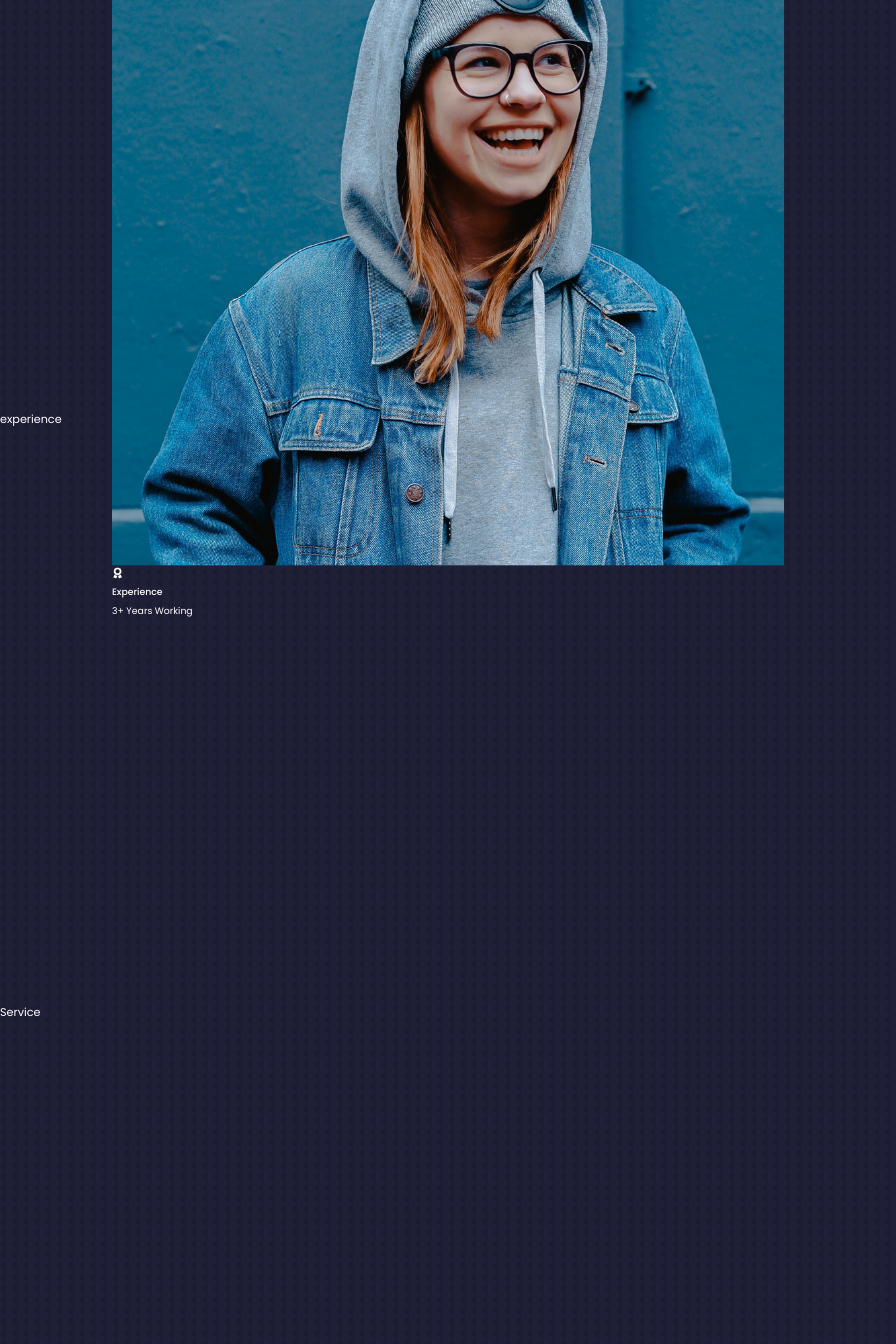
Repository: YuriSarmanho/Portifolio-
Page: / (app in portifolio/)
An editor plug-in stored every save of this project. The page is shown before and after a run of saves, followed by the edit.
The browser window is 1280 px wide. The pictures show the part of the page from y = 1112 to 3032 px (the page is 5835 px tall), at 70% of full size.
The project was rebuilt for these pictures with package versions that can differ from the ones it lists, and the page was loaded fresh each time. Also part of the build but not shown: portifolio/src/Components/About/About.css, portifolio/src/Components/Contact/Contact.css, portifolio/src/Components/Testimonials/Testimonials.css. Imported but missing from the stored project, and not drawn on this page: portifolio/src/assets/cv.pdf.

Above is the page before, as saved 2022-05-13 11:58:09.

### portifolio/public/index.html
<!DOCTYPE html>
<html lang="pt-br">
<head>
    <meta charset="UTF-8">
    <meta http-equiv="X-UA-Compatible" content="IE=edge">
    <meta name="viewport" content="width=device-width, initial-scale=1.0">
    <title>Yuri Sarmanho Monteiro</title>
</head>
<body>
    <div id="root"></div>
</body>
</html>

### portifolio/src/index.js
import ReactDOM from 'react-dom'
import App from './App'

ReactDOM.render(<App/>, document.querySelector("#root"))

### portifolio/src/App.jsx
import React from "react";
import './index.css'

import Header from "./Components/Header/Header";
import About from "./Components/About/About";
import Contact from "./Components/Contact/Contact";
import Experience from "./Components/Experience/Experience";
import Footer from "./Components/Footer/Footer";
import Nav from "./Components/Nav/Nav";
import Testimonials from "./Components/Testimonials/Testimonials";
import Service from "./Components/Service/Service";
import Portifolio from "./Components/Portifolio/Portifolio";



const App = () => {
  return (
    <>
      <Header />
      <Nav/>
      <About />
      <Experience/>
      <Service/>
      <Portifolio/>
      <Testimonials/>
      <Contact/>
      <Footer/>
    </>
  );
};

export default App;

### portifolio/src/index.css
@import url('https://fonts.googleapis.com/css2?family=Poppins:wght@300;400;500;600&display=swap');

* {
  margin: 0;
  padding: 0;
  border: 0;
  outline: 0;
  box-sizing: border-box;
  list-style: none;
  text-decoration: none;
}
:root {
  --color-bg: #1f1f38;
  --color-bg-variant: #2c2c6c;
  --color-primary: #4db5ff;
  --color-primary-variant: rgba(77, 181, 255, 0.4);
  --color-white: #fff;
  --color-light: rgba(255, 255, 255, 0.6);

  --transition: all 400ms ease;

  --container-width-lg: 75%;
  --container-width-md: 86%;
  --container-width-sm: 90%;
}
html {
  scroll-behavior: smooth;
}
::-webkit-scrollbar {
  display: none;
}

body {
  font-family: "Poppins", sans-serif;
  background-color: var(--color-bg);
  color: var(--color-white);
  line-height: 1.7;
  background-image: url(../src/assets/bg-texture.png);
}

.container {
  width: var(--container-width-lg);
  margin: 0 auto;
}

h1,
h2,
h3,
h4,
h5 {
  font-weight: 500;
}
h1 {
  font-size: 2.5rem;
}
section {
  margin-top: 8rem;
  height: 100vh;
}
section > h2,
section > h5 {
  text-align: center;
  color: var(--color-ligth);
}

section > h2 {
  color: var(--color-primary);
  margin-bottom: 3rem;
}

.text-light {
  color: var(--color-light);
}
a {
  color: var(--color-primary);
  transition: var(--transition);
}
a:hover{
    color: var(--color-white);
}
.btn{
    width: max-content;
    display: inline-block;
    color: var(--color-primary);
    padding: 0.75rem 1.2rem;
    border-radius: 0.4rem;
    cursor: pointer;
    border: 1px solid var(--color-primary);
    transition: var(--transition);
}

.btn:hover{
    background-color: var(--color-white);
    color: var(--color-bg);
    border: transparent;
}

.btn-primary{
    background-color: var(--color-primary);
    color: var(--color-bg);
}

img{
  display: block;
  width: 100%;
  object-fit: cover;
}

/*MEDIUM DEVICE*/
@media screen and (max-width:1024px){
    .container{
        width: var(--container-width-md);
    }
    section{
        margin-top: 6rem;
    }
}

/*SMALL DEVICE*/
@media screen and (max-width:600px){
    .container{
        width: var(--container-width-sm);
    }
    section > h2{
        margin-bottom: 2rem;
    }
}

### portifolio/src/Components/Header/Header.jsx
import React from 'react'
import CTA from './CTA'
import ME from '../../assets/me.png'
import HeaderSocials from './HeaderSocials'
import './Header.css'

const header = () => {
  return (
    <header>
      <div className="container header__container">
        <h5>Hello i'm</h5>
        <h1>Yuri Sarmanho Monteiro</h1>
        <h5 className="text-light">Frontend Developer</h5>
        <CTA />
        <HeaderSocials/>
        <div className="me">
          <img src={ME} alt="foto de perfil" />
        </div>
      </div>
    </header>
  )
}

export default header

### portifolio/src/Components/About/About.jsx
import React from 'react'
import ME from '../../assets/me-about.jpg'
import {FaAward} from 'react-icons/fa'
import './About.css'

const About = () => {
  return (
    //refactor
    <section id='about'>
      <h5>Get know</h5>
      <h2>About Me</h2>

      <div className="container about__container">
        <div className="about__me">
          <div className="about__me-image">
            <img src={ME} alt="minha foto" />
          </div>
        </div>


        <div className="about__content">
          <div className="about__cards">
            <article className="about__card">
              <FaAward className='about__icon'/>
              <h5>Experience</h5>
              <small>3+ Years Working</small>
            </article>


          </div>
        </div>
      </div>
    </section>
  )
}

export default About

### portifolio/src/Components/Contact/Contact.jsx
import React from 'react'
import './Contact.css'
const Contact = () => {
  return (
    <section id='contact'>Contact</section>
  )
}

export default Contact

### portifolio/src/Components/Experience/Experience.jsx
import React from 'react'

const experience = () => {
  return (
    <section id='experience'>experience</section>
  )
}

export default experience

### portifolio/src/Components/Nav/Nav.jsx
import React, { useState } from "react";
import { AiOutlineHome } from "react-icons/ai";
import { AiOutlineUser } from "react-icons/ai";
import { BiBookAlt } from "react-icons/bi";
import { RiServiceLine } from "react-icons/ri";
import { BiMessageSquareDetail } from "react-icons/bi";
import "./Nav.css";

const Nav = () => {
  const [activeNav, setActiveNav] = useState("#");
  //Refatorar essa parte dps que acabar o projeto
  return (
    <nav>
      <a
        href="#"
        onClick={() => setActiveNav("#")}
        className={activeNav === "#" ? "active" : ""}
      >
        <AiOutlineHome />
      </a>
      <a
        href="#about"
        onClick={() => setActiveNav("#about")}
        className={activeNav === "#about" ? "active" : ""}
      >
        <AiOutlineUser />
      </a>
      <a
        href="#experience"
        onClick={() => setActiveNav("#experience")}
        className={activeNav === "#experience" ? "active" : ""}
      >
        <BiBookAlt />
      </a>
      <a
        href="#service"
        onClick={() => setActiveNav("#service")}
        className={activeNav === "#service" ? "active" : ""}
      >
        <RiServiceLine />
      </a>
      <a
        href="#contact"
        onClick={() => setActiveNav("#contact")}
        className={activeNav === "#contact" ? "active" : ""}
      >
        <BiMessageSquareDetail />
      </a>
    </nav>
  );
};

export default Nav;

### portifolio/src/Components/Testimonials/Testimonials.jsx
import React from 'react'
import './Testimonials.css'
const Testimonials = () => {
  return (
    <section id='testimonials'>Testimonials</section>
  )
}

export default Testimonials

### portifolio/src/Components/Service/Service.jsx
import React from 'react'

const Service = () => {
  return (
    <section id='service'>Service</section>
  )
}

export default Service

### portifolio/src/Components/Portifolio/Portifolio.jsx
import React from 'react'
import './Portifolio.css'
const Portifolio = () => {
  return (
    <section>Portifolio</section>
  )
}

export default Portifolio

### portifolio/src/Components/Header/CTA.jsx
import React from 'react'
import CV from '../../assets/cv.pdf'
const CTA = () => {
  return (
    <div className="cta">
        <a href={CV} download className='btn'>Download CV</a>
        <a href='#contact' className='btn btn-primary'>Lest's Talk</a>
    </div>
  )
}

export default CTA

### portifolio/src/Components/Header/HeaderSocials.jsx
import React from 'react'
import {BsLinkedin} from 'react-icons/bs'
import {FaGithub} from 'react-icons/fa'
import {FaDribbble} from 'react-icons/fa'
import './Header.css'

const HeaderSocials  = () => {
  return (
      <div className="header__socials">
          <a href="http://linkedin.com" target="_blank"><BsLinkedin/></a>
          <a href="http://github.com" target="_blank"><FaGithub/></a>
          <a href="http://dribbble.com" target="_blank"><FaDribbble/></a>
      </div>
  )
}

export default HeaderSocials

### portifolio/src/Components/Header/Header.css
header {
  height: 100vh;
  padding-top: 7rem;
  overflow: hidden;
}

.header__container {
  text-align: center;
  height: 100%;
  position: relative;
}

.cta {
  margin-top: 2.5rem;
  display: flex;
  gap: 1.2rem;
  justify-content: center;
}
.header__socials {
  display: flex;
  flex-direction: column;
  align-items: center;
  gap: 0.8rem;
  position: absolute;
  left: 0;
  bottom: 3rem;
}

.header__socials::after {
  content: "";
  width: 1px;
  height: 2rem;
  background-color: var(--color-primary);
}

.me {
  background: linear-gradient(var(--color-primary), transparent);
  width: 22rem;
  height: 30rem;
  position: absolute;
  left: calc(50% - 11rem);
  margin-top: 4rem;
  border-radius: 12rem 12rem 0 0;
  overflow: hidden;
  padding: 5rem 1.5rem 1.5rem 1.5rem;
}

.scroll__down {
  position: absolute;
  right: -2.3rem;
  bottom: 5rem;
  transform: rotate(90deg);
  font-weight: 300;
  font-size: 0.9rem;
}

/*MEDIUM DEVICE*/
@media screen and (max-width: 1024px) {
  header {
    height: 68vh;
  }
}

/*SMALL DEVICE*/
@media screen and (max-width: 600px) {
  header {
    height: 100vh;
  }
  .header__socials,
  .scroll__down {
    display: none;
  }
}

### portifolio/src/Components/Nav/Nav.css
nav {
  background-color: rgba(0, 0, 0, 0.1);
  width: max-content;
  display: block;
  padding: 0.7rem 1.7rem;
  z-index: 2;
  position: fixed;
  left: 50%;
  transform: translate(-50%);
  bottom: 2rem;
  display: flex;
  gap: 0.8rem;
  border-radius: 3rem;
  backdrop-filter: blur(15px);
}

nav a {
  background: transparent;
  padding: 0.9rem;
  border-radius: 50%;
  display: flex;
  color: var(--color-light);
  font-size: 1.1rem;
}

nav a:hover {
  background-color: rgba(0, 0, 0, 0.3);
}

nav a.active {
  background: var(--color-bg);
  color: var(--color-white);
}

Loaded but not shown: portifolio/src/Components/Footer/Footer.jsx (common file); portifolio/src/Components/Portifolio/Portifolio.css (no stored copy; drawn as an empty file)

After the next 3 saves:
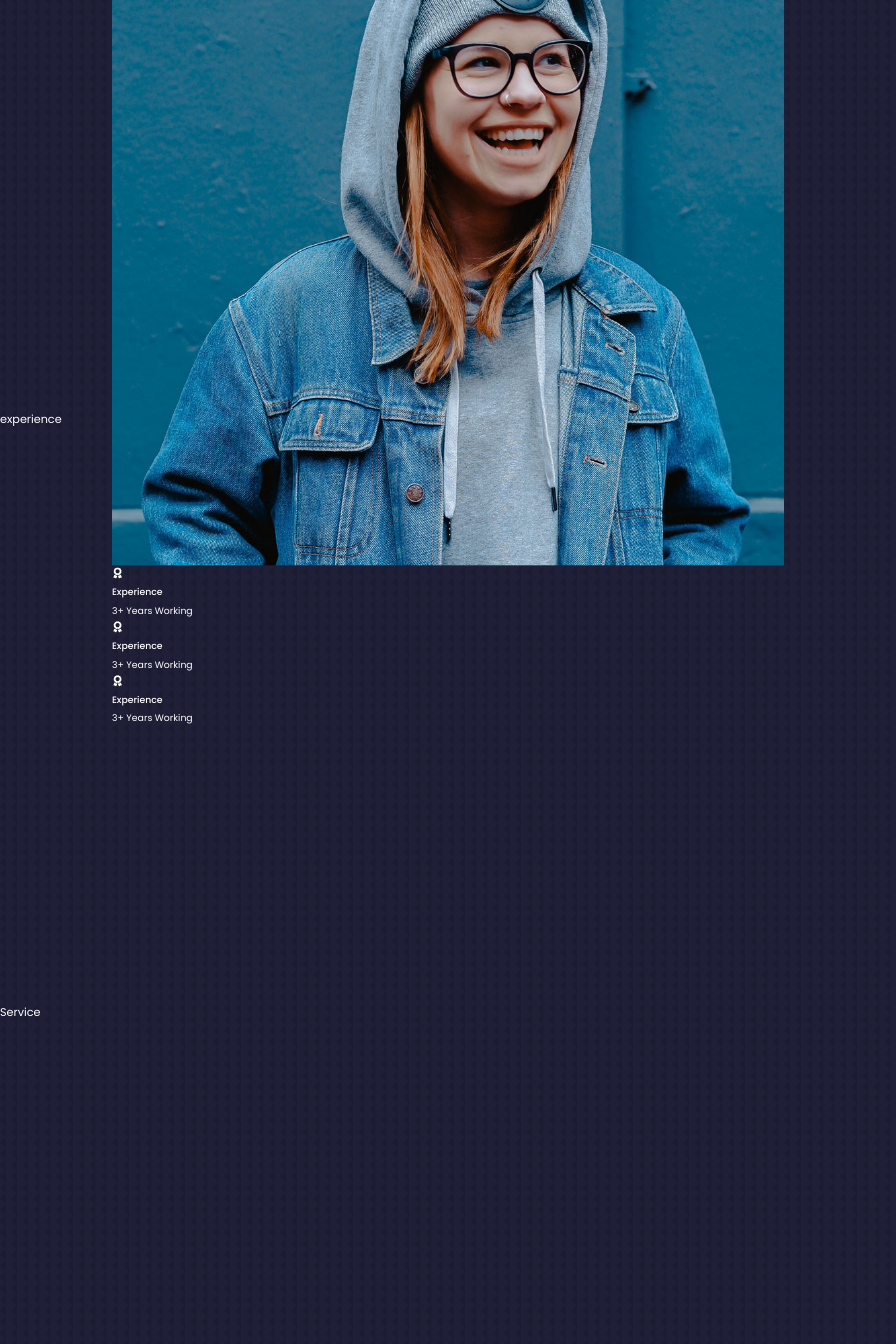
The 3 saves are shown as one change because they came seconds apart.
The last was saved 10 s later.
--- a/portifolio/src/Components/About/About.jsx
+++ b/portifolio/src/Components/About/About.jsx
@@ -1,12 +1,12 @@
-import React from 'react'
-import ME from '../../assets/me-about.jpg'
-import {FaAward} from 'react-icons/fa'
-import './About.css'
+import React from "react";
+import ME from "../../assets/me-about.jpg";
+import { FaAward } from "react-icons/fa";
+import "./About.css";
 
 const About = () => {
   return (
     //refactor
-    <section id='about'>
+    <section id="about">
       <h5>Get know</h5>
       <h2>About Me</h2>
 
@@ -17,21 +17,30 @@
           </div>
         </div>
 
-
         <div className="about__content">
           <div className="about__cards">
             <article className="about__card">
-              <FaAward className='about__icon'/>
+              <FaAward className="about__icon" />
               <h5>Experience</h5>
               <small>3+ Years Working</small>
             </article>
 
+            <article className="about__card">
+              <FaAward className="about__icon" />
+              <h5>Experience</h5>
+              <small>3+ Years Working</small>
+            </article>
 
+            <article className="about__card">
+              <FaAward className="about__icon" />
+              <h5>Experience</h5>
+              <small>3+ Years Working</small>
+            </article>
           </div>
         </div>
       </div>
     </section>
-  )
-}
+  );
+};
 
-export default About
+export default About;
